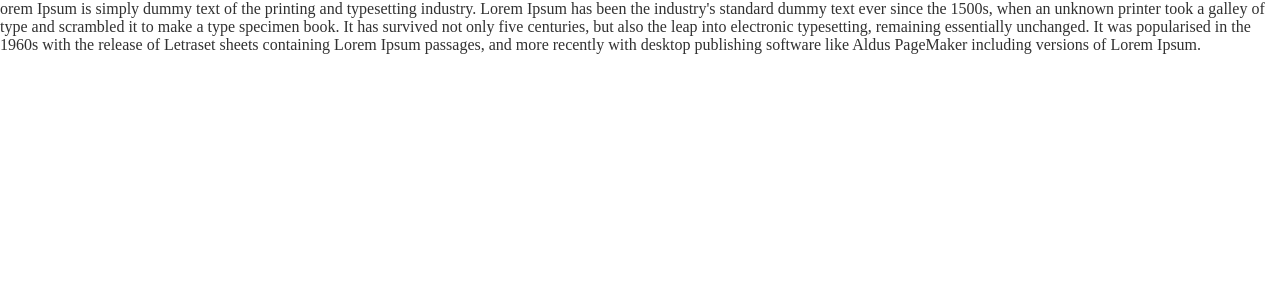
Repository: AbiezerSidonioJoseOdanacaJunior/projeto-travelgram
Page: index.html
The author's editor kept a copy of each file at every save. The page is drawn from the files as they stood at one save, then again after the next save.
The browser window is 1280 px wide. The pictures show the whole page.
Some web fonts or font styles are not loaded; a fallback is used.

Above is the page before, as saved 2024-11-12 15:38:18.

### index.html
<!DOCTYPE html>
<html lang="pt-br">
<head>
    <meta charset="UTF-8">
    <meta name="viewport" content="width=device-width, initial-scale=1.0">
    <link rel="preconnect" href="https://fonts.googleapis.com">
    <link rel="preconnect" href="https://fonts.gstatic.com" crossorigin>
    <title>Travelgram</title>
    <link rel="stylesheet" href="styles/global.css">
    <link href="https://fonts.googleapis.com/css2?family=Alice&family=Playfair+Display:ital,wght@0,400..900;1,400..900&family=Poppins:wght@400;700&display=swap" rel="stylesheet">
</head>
<body>
    <p>orem Ipsum is simply dummy text of the printing and typesetting industry. Lorem Ipsum has been the industry's standard dummy text ever since the 1500s, when an unknown printer took a galley of type and scrambled it to make a type specimen book. It has survived not only five centuries, but also the leap into electronic typesetting, remaining essentially unchanged. It was popularised in the 1960s with the release of Letraset sheets containing Lorem Ipsum passages, and more recently with desktop publishing software like Aldus PageMaker including versions of Lorem Ipsum.</p>

</body>
</html>

### styles/global.css
* {
    padding: 0;
    margin: 0;
    box-sizing: border-box;
}

:root {
    --brand-clor: #EF5F4C;
    --backgoround-clor: #FFFFFF;
    --surface-color: #F5F5F5;
    --skeleton-color: #D9D9D9;
    --shape-tranparency: #ffffff90;
    --text-color-primary: #313131;
    --text-color-secondary: #6C6C6C;
    --font-family: "Poppins", sans-serif;
    --text: 16px/150% var(--font-family);
    --text-lg: bold 32px/125% var(--font-family);
    --text-md: 14px/170% var(--font-family);
    --text-sm: 12px/170% var(--font-family) ;

}

body {
    color: var(--text-color-primary);
    background-color: var(--backgoround-clor);
}

p{
    font-family: var(--text-lg);
}

After the next save:
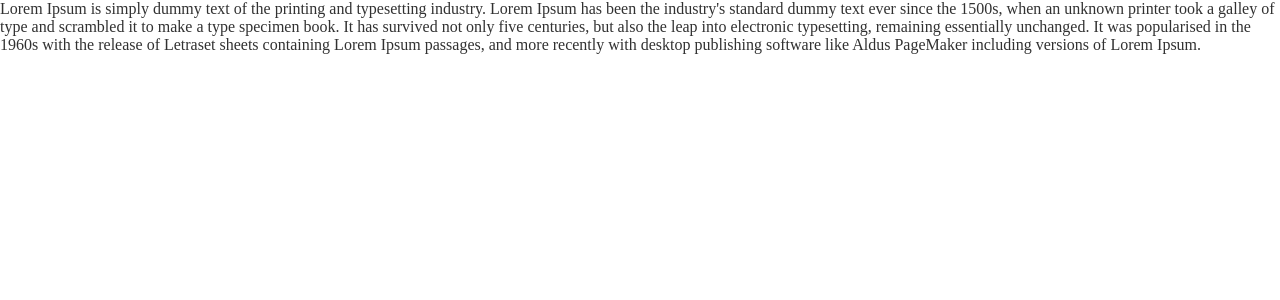
Saved 18 s later.
--- a/index.html
+++ b/index.html
@@ -10,7 +10,7 @@
     <link href="https://fonts.googleapis.com/css2?family=Alice&family=Playfair+Display:ital,wght@0,400..900;1,400..900&family=Poppins:wght@400;700&display=swap" rel="stylesheet">
 </head>
 <body>
-    <p>orem Ipsum is simply dummy text of the printing and typesetting industry. Lorem Ipsum has been the industry's standard dummy text ever since the 1500s, when an unknown printer took a galley of type and scrambled it to make a type specimen book. It has survived not only five centuries, but also the leap into electronic typesetting, remaining essentially unchanged. It was popularised in the 1960s with the release of Letraset sheets containing Lorem Ipsum passages, and more recently with desktop publishing software like Aldus PageMaker including versions of Lorem Ipsum.</p>
+    <p>Lorem Ipsum is simply dummy text of the printing and typesetting industry. Lorem Ipsum has been the industry's standard dummy text ever since the 1500s, when an unknown printer took a galley of type and scrambled it to make a type specimen book. It has survived not only five centuries, but also the leap into electronic typesetting, remaining essentially unchanged. It was popularised in the 1960s with the release of Letraset sheets containing Lorem Ipsum passages, and more recently with desktop publishing software like Aldus PageMaker including versions of Lorem Ipsum.</p>
 
 </body>
 </html>
